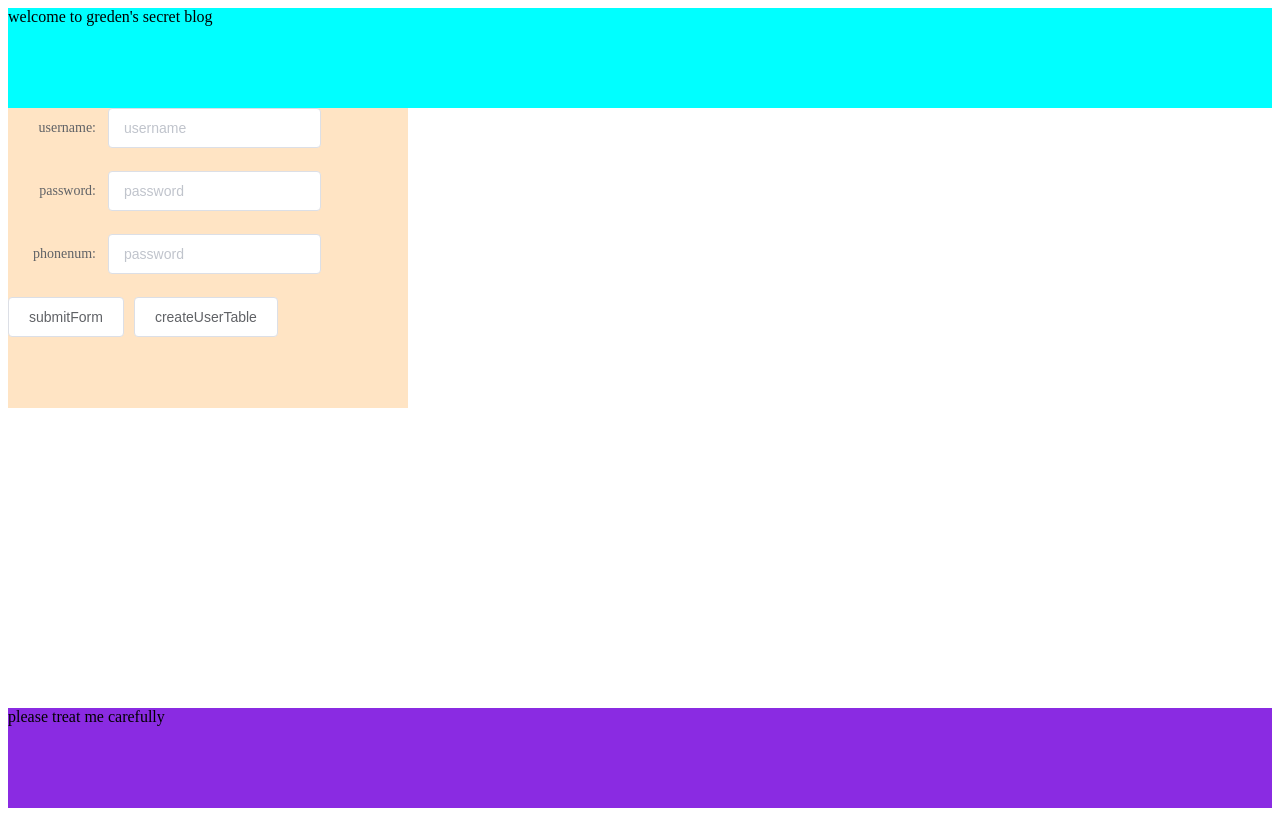
Repository: greden0814/myBlog
Page: /
An editor plug-in stored every save of this project. The page is shown before and after the next save, followed by the edit.
The browser window is 1280 px wide. The pictures show the whole page.
The project was rebuilt for these pictures with package versions that can differ from the ones it lists, and the page was loaded fresh each time.

Above is the page before, as saved 2021-07-15 09:45:07.

After the next save:
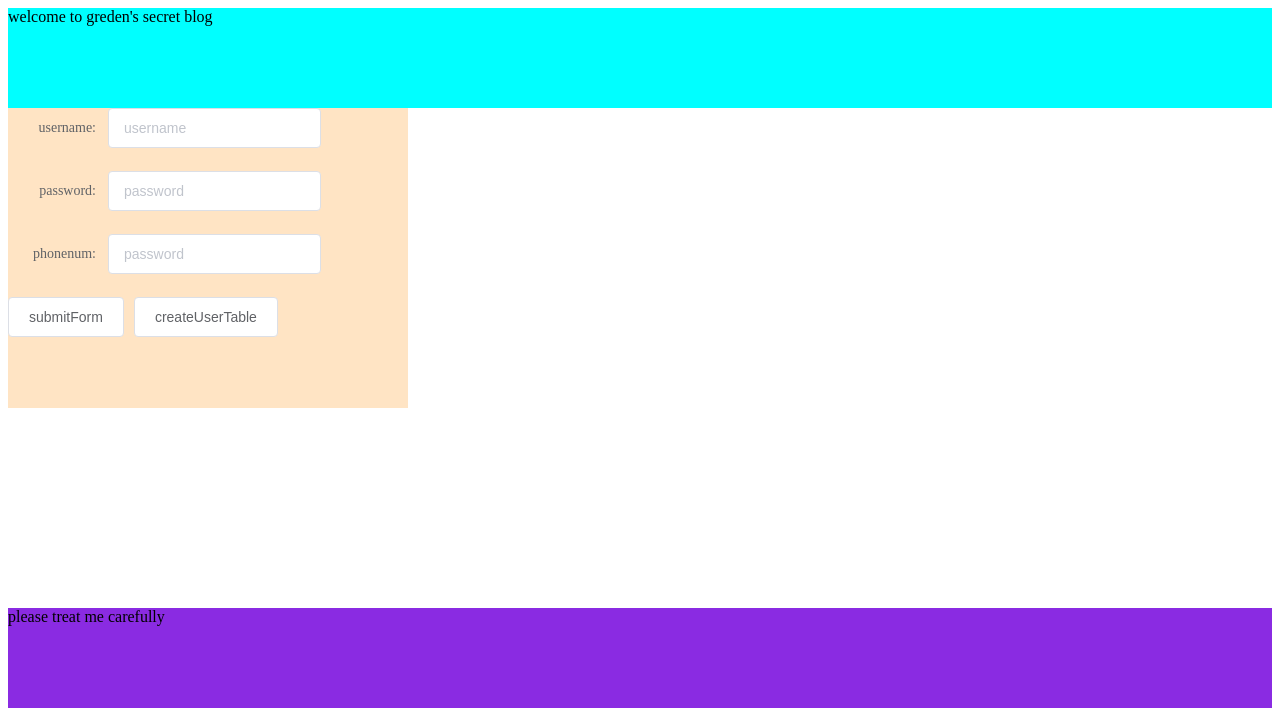
Saved 6 s later.
--- a/src/views/login/index.vue
+++ b/src/views/login/index.vue
@@ -90,7 +90,7 @@ export default {
     background-color: aqua;
   }
   .body {
-    height: 600px;
+    height: 500px;
     .loginZone {
       height: 300px;
       width: 400px;
